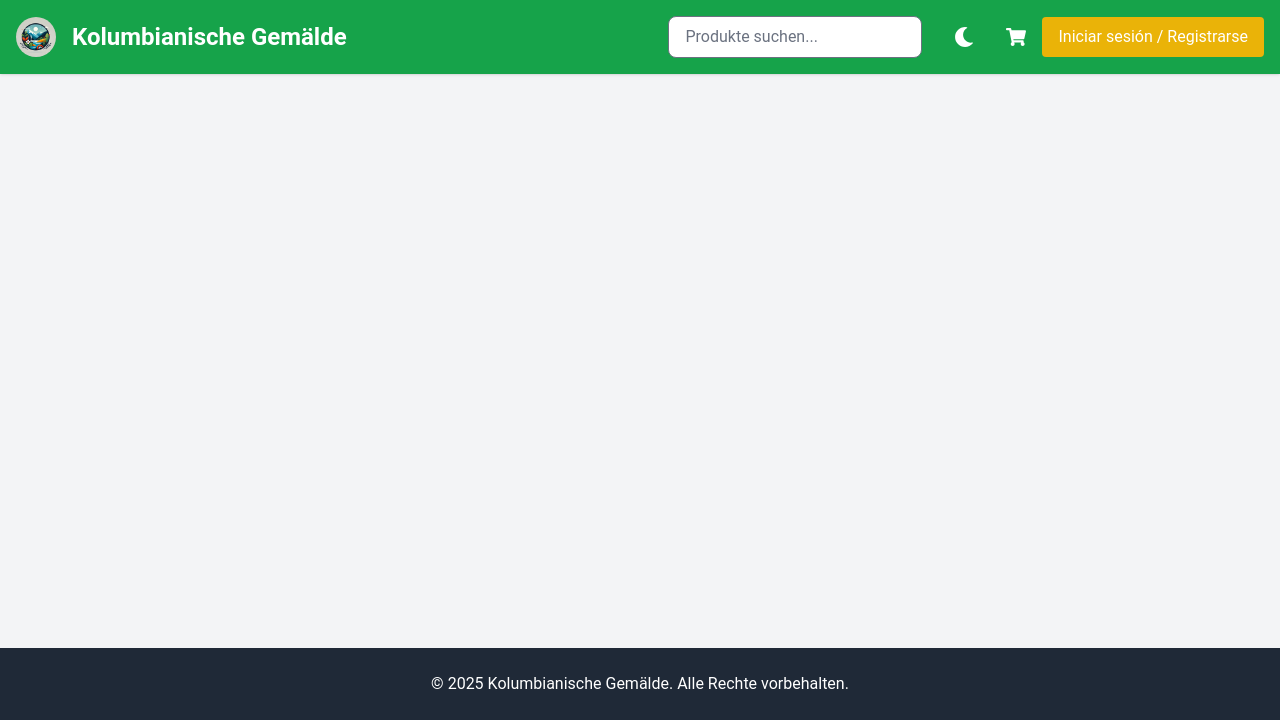
Repository: alixchaparrov/bilder-shop
Page: /
The author's editor kept a copy of each file at every save. The page is drawn from the files as they stood at one save, then again after the next save.
The browser window is 1280 px wide. The pictures show the whole page.
The page's requests for data from a server got no answer. The project was rebuilt for these pictures with package versions that can differ from the ones it lists, and the page was loaded fresh each time. The framework's server and built-in components were replaced by stand-ins that run in the browser. No one was signed in, and anything a server would have sent is missing. Also part of the build but not shown: next.config.ts, src/app/components/ProductCard.tsx, src/app/components/AuthModalContent.tsx.

Above is the page before, as saved 2025-01-04 13:22:34.

### src/app/layout.tsx
"use client";

import "./globals.css";
import { AuthProvider } from "../context/AuthContext";

export default function RootLayout({
  children,
}: {
  children: React.ReactNode;
}) {
  return (
    <html lang="de">
      <head>
        <title>Kolumbianische Gemälde</title>
        <meta
          name="description"
          content="Galerie von kolumbianischen Landschaftsgemälden. Entdecken Sie die Schönheit Kolumbiens durch unsere einzigartigen Kunstwerke."
        />
        <meta
          name="keywords"
          content="Kolumbianische Kunst, Landschaftsgemälde, Gemälde kaufen"
        />
        <link rel="icon" href="/favicon.ico" />
      </head>
      <body>
        <AuthProvider>
          {children}
        </AuthProvider>
      </body>
    </html>
  );
}

### src/app/page.tsx
"use client";

import { useState, useEffect } from "react";
import client from "@/lib/sanity";
import ProductCard from "@/app/components/ProductCard";
import Navbar from "@/app/components/Navbar"; // Si usas un Navbar unificado
import { useCartStore } from "@/store/cartStore";
import { FaMinus, FaPlus, FaTrash, FaShoppingCart, FaMoon, FaSun } from "react-icons/fa";

export default function Home() {
  const [searchQuery, setSearchQuery] = useState(""); // Estado para la búsqueda
  const [darkMode, setDarkMode] = useState(false); // Estado para modo oscuro
  const [products, setProducts] = useState([]); // Estado para los productos
  const { cart, addToCart, removeFromCart, clearCart, removeOneFromCart } = useCartStore();
  const [showCart, setShowCart] = useState(false); // Estado para mostrar el carrito
  const [currentPage, setCurrentPage] = useState(1); // Estado para la paginación
  const itemsPerPage = 6; // Número de productos por página

  // Fetch de productos al montar el componente
  useEffect(() => {
    const fetchProducts = async () => {
      try {
        const fetchedProducts = await client.fetch(`*[_type == "product"]`);
        setProducts(fetchedProducts);
      } catch (err) {
        console.error("Error al cargar productos:", err);
      }
    };

    fetchProducts(); // Llama a la función fetchProducts
  }, []); // Array vacío para que solo se ejecute al montar el componente

  return (
    <div
      className={`min-h-screen flex flex-col ${
        darkMode ? "bg-gray-900 text-white" : "bg-gray-100 text-black"
      }`}
    >
      {/* Navbar */}
      <Navbar
        searchQuery={searchQuery}
        setSearchQuery={setSearchQuery}
        toggleDarkMode={() => setDarkMode(!darkMode)}
        darkMode={darkMode}
      />

      {/* Contenido principal */}
      <main className="flex-grow pt-24 p-4 sm:p-8 max-w-7xl mx-auto">
        <h2 className="text-2xl sm:text-3xl lg:text-4xl font-semibold text-center mb-6">
          Unsere Gemälde
        </h2>
        <div className="grid grid-cols-1 sm:grid-cols-2 lg:grid-cols-3 gap-6">
          {products.map((product) => (
            <ProductCard key={product._id} product={product} />
          ))}
        </div>
      </main>

      {/* Footer */}
      <footer className="bg-gray-800 text-white p-6 text-center">
        <p>© {new Date().getFullYear()} Kolumbianische Gemälde. Alle Rechte vorbehalten.</p>
      </footer>
    </div>
  );
}

### src/app/globals.css
@tailwind base;
@tailwind components;
@tailwind utilities;

/* Color Variables */
:root {
  --background: #f5f5f5;
  --foreground: #333333;
  --primary: #00704A;
  --secondary: #FFB400;
  --accent: #D62828;
}

.dark {
  --background: #121212;
  --foreground: #e0e0e0;
  --primary: #34D399;
  --secondary: #FACC15;
  --accent: #EF4444;
}

/* General Styles */
body {
  background-color: var(--background);
  color: var(--foreground);
  font-family: 'Roboto', sans-serif;
}

/* Navbar */
.navbar {
  @apply fixed top-0 left-0 right-0 z-50 flex justify-between items-center p-4;
  background-color: var(--primary);
  color: white;
}

.navbar input {
  @apply px-4 py-2 rounded-md border;
  border-color: var(--secondary);
  color: var(--foreground);
}

/* Cards */
.card {
  @apply bg-white dark:bg-gray-800 text-black dark:text-white shadow-lg rounded-lg p-6 transition-all;
}

.card:hover {
  @apply transform scale-105 shadow-xl;
}

.card-title {
  @apply text-xl font-bold;
}

.card-description {
  @apply text-sm text-gray-600 dark:text-gray-400;
}

.card-price {
  @apply text-lg font-bold text-primary;
}

/* Buttons */
.btn-primary {
  @apply bg-primary text-white px-4 py-2 rounded-md shadow;
  transition: background-color 0.3s;
}

.btn-primary:hover {
  @apply bg-green-700;
}

.btn-secondary {
  @apply bg-secondary text-black px-4 py-2 rounded-md shadow;
}

.btn-secondary:hover {
  @apply bg-yellow-600;
}

.btn-gray {
  @apply bg-gray-300 text-black px-4 py-2 rounded-md;
}

.btn-gray:disabled {
  @apply bg-gray-200 text-gray-400 cursor-not-allowed;
}

/* Cart Button */
.cart-button {
  @apply relative;
}

.cart-counter {
  @apply absolute -top-2 -right-2 bg-red-500 text-white text-xs font-bold rounded-full w-5 h-5 flex items-center justify-center;
}

/* Modal */
.modal-content {
  @apply bg-white dark:bg-gray-900 p-6 rounded-lg shadow-lg;
}

/* Footer */
footer {
  @apply bg-gray-800 text-white text-center py-4;
}

/* Utilities */
.line-clamp-3 {
  display: -webkit-box;
  -webkit-line-clamp: 3;
  -webkit-box-orient: vertical;
  overflow: hidden;
}

### src/context/AuthContext.tsx
import { createContext, useContext, useState, useEffect } from "react";
import client from "@/lib/sanity";
import bcrypt from "bcryptjs";

interface User {
  email: string;
  role: string;
}

interface AuthContextType {
  user: User | null;
  login: (email: string, password: string) => Promise<void>;
  register: (email: string, password: string) => Promise<void>;
  logout: () => void;
}

const AuthContext = createContext<AuthContextType | null>(null);

export const AuthProvider = ({ children }) => {
  const [user, setUser] = useState(null);

  const login = async (email: string, password: string) => {
    const query = `*[_type == "user" && email == $email][0]`;
    const result = await client.fetch(query, { email });

    if (!result || !(await bcrypt.compare(password, result.password))) {
      throw new Error("Password ist falsch");
    }

    setUser({ email: result.email, role: result.role });
  };

  const register = async (email: string, password: string) => {
    const hashedPassword = await bcrypt.hash(password, 10);
    await client.create({
      _type: "user",
      email,
      password: hashedPassword,
      role: "user",
    });
  };

  const logout = () => setUser(null);

  return (
    <AuthContext.Provider value={{ user, login, register, logout }}>
      {children}
    </AuthContext.Provider>
  );
};

export const useAuth = () => {
  const context = useContext(AuthContext);
  if (!context) {
    throw new Error("useAuth must be used within an AuthProvider");
  }
  return context;
};

### src/lib/sanity.ts
import { createClient } from "@sanity/client";
import imageUrlBuilder from "@sanity/image-url";

const client = createClient({
  projectId: "mo3mvugi", // Reemplaza con tu Project ID
  dataset: "production",
  apiVersion: "2023-01-01",
  useCdn: true,
});


// Initialize URL builder
const builder = imageUrlBuilder(client);

// Helper function to build image URLs
export const urlFor = (source: any) => builder.image(source);

export default client;

### src/store/cartStore.ts
import { create } from "zustand";

interface CartItem {
  _id: string;
  name: string;
  price: number;
  quantity: number;
}

interface CartState {
  cart: CartItem[];
  addToCart: (product: CartItem) => void;
  removeFromCart: (productId: string) => void;
  updateQuantity: (productId: string, quantity: number) => void;
  clearCart: () => void;
  getTotalItems: () => number;
  getTotalPrice: () => number;
}

export const useCartStore = create<CartState>((set, get) => ({
  cart: [],

  addToCart: (product) => {
    set((state) => {
      const existingItem = state.cart.find((item) => item._id === product._id);
      if (existingItem) {
        return {
          cart: state.cart.map((item) =>
            item._id === product._id
              ? { ...item, quantity: item.quantity + 1 }
              : item
          ),
        };
      }
      return { cart: [...state.cart, { ...product, quantity: 1 }] };
    });
  },

  removeFromCart: (productId) => {
    set((state) => ({
      cart: state.cart.filter((item) => item._id !== productId),
    }));
  },

  updateQuantity: (productId, quantity) => {
    set((state) => ({
      cart: state.cart.map((item) =>
        item._id === productId ? { ...item, quantity } : item
      ),
    }));
  },

  clearCart: () => {
    set({ cart: [] });
  },

  getTotalItems: () => {
    return get().cart.reduce((total, item) => total + item.quantity, 0);
  },

  getTotalPrice: () => {
    return get().cart.reduce((total, item) => total + item.price * item.quantity, 0);
  },
}));

### tailwind.config.ts
import type { Config } from "tailwindcss";

const config: Config = {
  content: [
    "./src/**/*.{js,ts,jsx,tsx}",
    "./src/pages/**/*.{js,ts,jsx,tsx}",
    "./src/components/**/*.{js,ts,jsx,tsx}",
    "./src/app/**/*.{js,ts,jsx,tsx}",
  ],
  theme: {
    extend: {
      colors: {
        primary: "#00704A",
        secondary: "#FFB400",
        accent: "#D62828",
        background: "#F3F4F6",
        card: "#FFFFFF",
        textDark: "#1B1B1B",
        textLight: "#FAFAFA",
      },
      fontFamily: {
        sans: ["Poppins", "sans-serif"],
        serif: ["Merriweather", "serif"],
      },
      boxShadow: {
        card: "0 4px 6px rgba(0, 0, 0, 0.1)",
      },
    },
  },
  darkMode: "class",
  plugins: [require("@tailwindcss/forms")],
};

export default config;

Loaded but not shown: src/app/components/Navbar.tsx (143 lines, source omitted)

After the next save:
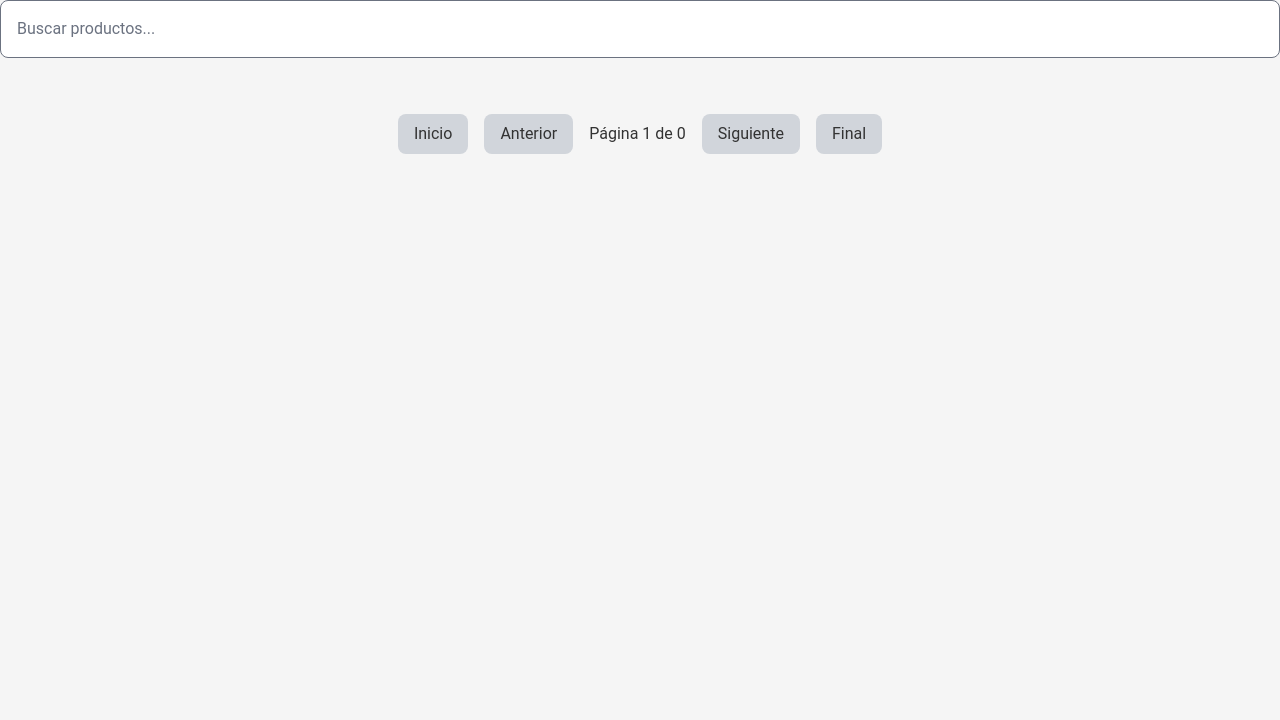
Saved 5 min 37 s later.
--- a/src/app/page.tsx
+++ b/src/app/page.tsx
@@ -3,20 +3,14 @@
 import { useState, useEffect } from "react";
 import client from "@/lib/sanity";
 import ProductCard from "@/app/components/ProductCard";
-import Navbar from "@/app/components/Navbar"; // Si usas un Navbar unificado
-import { useCartStore } from "@/store/cartStore";
-import { FaMinus, FaPlus, FaTrash, FaShoppingCart, FaMoon, FaSun } from "react-icons/fa";
 
 export default function Home() {
+  const [products, setProducts] = useState([]); // Estado para los productos
   const [searchQuery, setSearchQuery] = useState(""); // Estado para la búsqueda
-  const [darkMode, setDarkMode] = useState(false); // Estado para modo oscuro
-  const [products, setProducts] = useState([]); // Estado para los productos
-  const { cart, addToCart, removeFromCart, clearCart, removeOneFromCart } = useCartStore();
-  const [showCart, setShowCart] = useState(false); // Estado para mostrar el carrito
-  const [currentPage, setCurrentPage] = useState(1); // Estado para la paginación
-  const itemsPerPage = 6; // Número de productos por página
+  const [currentPage, setCurrentPage] = useState(1); // Página actual
+  const itemsPerPage = 6; // Productos por página
 
-  // Fetch de productos al montar el componente
+  // Fetch de productos desde Sanity
   useEffect(() => {
     const fetchProducts = async () => {
       try {
@@ -27,39 +21,79 @@
       }
     };
 
-    fetchProducts(); // Llama a la función fetchProducts
-  }, []); // Array vacío para que solo se ejecute al montar el componente
+    fetchProducts();
+  }, []);
+
+  // Lógica para filtrar los productos según la búsqueda
+  const filteredProducts = products.filter((product) =>
+    product.name.toLowerCase().includes(searchQuery.toLowerCase())
+  );
+
+  // Total de páginas
+  const totalPages = Math.ceil(filteredProducts.length / itemsPerPage);
+
+  // Productos mostrados en la página actual
+  const displayedProducts = filteredProducts.slice(
+    (currentPage - 1) * itemsPerPage,
+    currentPage * itemsPerPage
+  );
 
   return (
-    <div
-      className={`min-h-screen flex flex-col ${
-        darkMode ? "bg-gray-900 text-white" : "bg-gray-100 text-black"
-      }`}
-    >
-      {/* Navbar */}
-      <Navbar
-        searchQuery={searchQuery}
-        setSearchQuery={setSearchQuery}
-        toggleDarkMode={() => setDarkMode(!darkMode)}
-        darkMode={darkMode}
-      />
+    <div>
+      {/* Barra de búsqueda */}
+      <div className="mb-6">
+        <input
+          type="text"
+          placeholder="Buscar productos..."
+          className="w-full p-4 rounded-lg border"
+          value={searchQuery}
+          onChange={(e) => setSearchQuery(e.target.value)}
+        />
+      </div>
 
-      {/* Contenido principal */}
-      <main className="flex-grow pt-24 p-4 sm:p-8 max-w-7xl mx-auto">
-        <h2 className="text-2xl sm:text-3xl lg:text-4xl font-semibold text-center mb-6">
-          Unsere Gemälde
-        </h2>
-        <div className="grid grid-cols-1 sm:grid-cols-2 lg:grid-cols-3 gap-6">
-          {products.map((product) => (
-            <ProductCard key={product._id} product={product} />
-          ))}
-        </div>
-      </main>
+      {/* Lista de productos */}
+      <div className="grid grid-cols-1 sm:grid-cols-2 lg:grid-cols-3 gap-6">
+        {displayedProducts.map((product) => (
+          <ProductCard key={product._id} product={product} />
+        ))}
+      </div>
 
-      {/* Footer */}
-      <footer className="bg-gray-800 text-white p-6 text-center">
-        <p>© {new Date().getFullYear()} Kolumbianische Gemälde. Alle Rechte vorbehalten.</p>
-      </footer>
+      {/* Paginación */}
+      <div className="flex justify-center items-center mt-8 space-x-4">
+        <button
+          className="bg-gray-300 px-4 py-2 rounded-lg"
+          disabled={currentPage === 1}
+          onClick={() => setCurrentPage(1)}
+        >
+          Inicio
+        </button>
+        <button
+          className="bg-gray-300 px-4 py-2 rounded-lg"
+          disabled={currentPage === 1}
+          onClick={() => setCurrentPage((prev) => Math.max(prev - 1, 1))}
+        >
+          Anterior
+        </button>
+        <span>
+          Página {currentPage} de {totalPages}
+        </span>
+        <button
+          className="bg-gray-300 px-4 py-2 rounded-lg"
+          disabled={currentPage === totalPages}
+          onClick={() =>
+            setCurrentPage((prev) => Math.min(prev + 1, totalPages))
+          }
+        >
+          Siguiente
+        </button>
+        <button
+          className="bg-gray-300 px-4 py-2 rounded-lg"
+          disabled={currentPage === totalPages}
+          onClick={() => setCurrentPage(totalPages)}
+        >
+          Final
+        </button>
+      </div>
     </div>
   );
 }

After the save that followed:
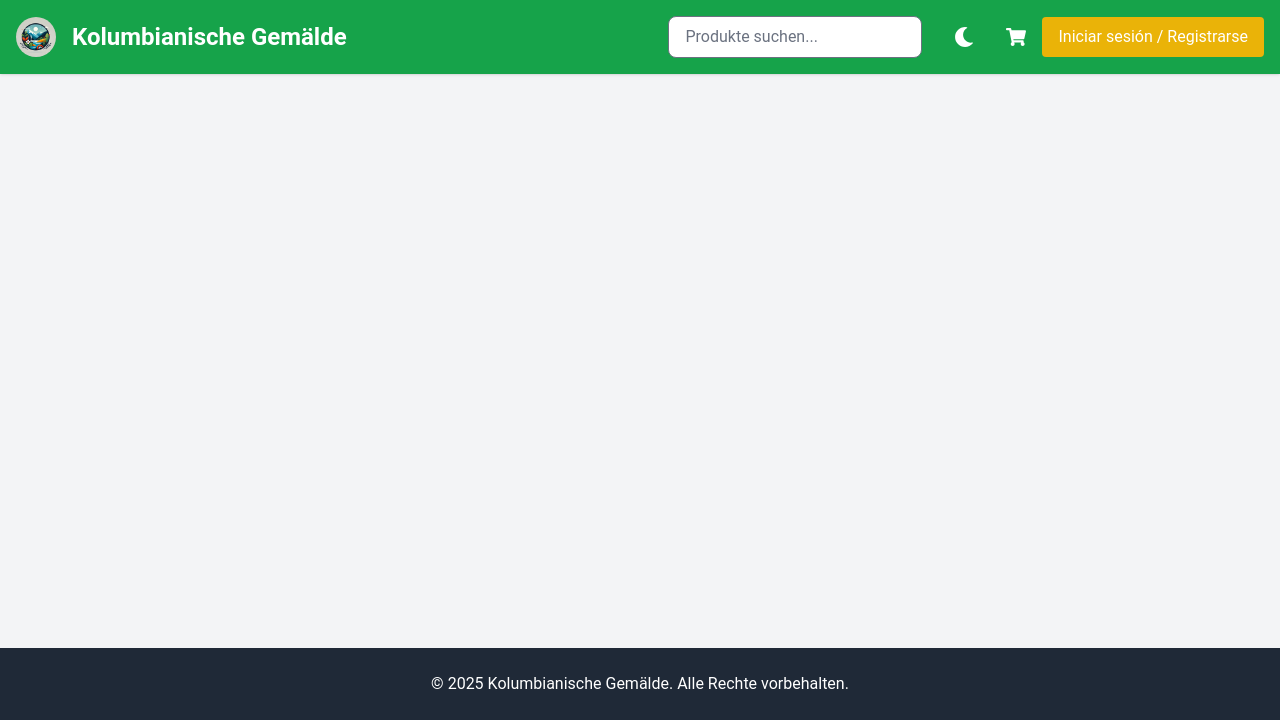
Saved 14 s later.
--- a/src/app/page.tsx
+++ b/src/app/page.tsx
@@ -3,14 +3,20 @@
 import { useState, useEffect } from "react";
 import client from "@/lib/sanity";
 import ProductCard from "@/app/components/ProductCard";
+import Navbar from "@/app/components/Navbar"; // Si usas un Navbar unificado
+import { useCartStore } from "@/store/cartStore";
+import { FaMinus, FaPlus, FaTrash, FaShoppingCart, FaMoon, FaSun } from "react-icons/fa";
 
 export default function Home() {
+  const [searchQuery, setSearchQuery] = useState(""); // Estado para la búsqueda
+  const [darkMode, setDarkMode] = useState(false); // Estado para modo oscuro
   const [products, setProducts] = useState([]); // Estado para los productos
-  const [searchQuery, setSearchQuery] = useState(""); // Estado para la búsqueda
-  const [currentPage, setCurrentPage] = useState(1); // Página actual
-  const itemsPerPage = 6; // Productos por página
+  const { cart, addToCart, removeFromCart, clearCart, removeOneFromCart } = useCartStore();
+  const [showCart, setShowCart] = useState(false); // Estado para mostrar el carrito
+  const [currentPage, setCurrentPage] = useState(1); // Estado para la paginación
+  const itemsPerPage = 6; // Número de productos por página
 
-  // Fetch de productos desde Sanity
+  // Fetch de productos al montar el componente
   useEffect(() => {
     const fetchProducts = async () => {
       try {
@@ -21,79 +27,39 @@
       }
     };
 
-    fetchProducts();
-  }, []);
-
-  // Lógica para filtrar los productos según la búsqueda
-  const filteredProducts = products.filter((product) =>
-    product.name.toLowerCase().includes(searchQuery.toLowerCase())
-  );
-
-  // Total de páginas
-  const totalPages = Math.ceil(filteredProducts.length / itemsPerPage);
-
-  // Productos mostrados en la página actual
-  const displayedProducts = filteredProducts.slice(
-    (currentPage - 1) * itemsPerPage,
-    currentPage * itemsPerPage
-  );
+    fetchProducts(); // Llama a la función fetchProducts
+  }, []); // Array vacío para que solo se ejecute al montar el componente
 
   return (
-    <div>
-      {/* Barra de búsqueda */}
-      <div className="mb-6">
-        <input
-          type="text"
-          placeholder="Buscar productos..."
-          className="w-full p-4 rounded-lg border"
-          value={searchQuery}
-          onChange={(e) => setSearchQuery(e.target.value)}
-        />
-      </div>
+    <div
+      className={`min-h-screen flex flex-col ${
+        darkMode ? "bg-gray-900 text-white" : "bg-gray-100 text-black"
+      }`}
+    >
+      {/* Navbar */}
+      <Navbar
+        searchQuery={searchQuery}
+        setSearchQuery={setSearchQuery}
+        toggleDarkMode={() => setDarkMode(!darkMode)}
+        darkMode={darkMode}
+      />
 
-      {/* Lista de productos */}
-      <div className="grid grid-cols-1 sm:grid-cols-2 lg:grid-cols-3 gap-6">
-        {displayedProducts.map((product) => (
-          <ProductCard key={product._id} product={product} />
-        ))}
-      </div>
+      {/* Contenido principal */}
+      <main className="flex-grow pt-24 p-4 sm:p-8 max-w-7xl mx-auto">
+        <h2 className="text-2xl sm:text-3xl lg:text-4xl font-semibold text-center mb-6">
+          Unsere Gemälde
+        </h2>
+        <div className="grid grid-cols-1 sm:grid-cols-2 lg:grid-cols-3 gap-6">
+          {products.map((product) => (
+            <ProductCard key={product._id} product={product} />
+          ))}
+        </div>
+      </main>
 
-      {/* Paginación */}
-      <div className="flex justify-center items-center mt-8 space-x-4">
-        <button
-          className="bg-gray-300 px-4 py-2 rounded-lg"
-          disabled={currentPage === 1}
-          onClick={() => setCurrentPage(1)}
-        >
-          Inicio
-        </button>
-        <button
-          className="bg-gray-300 px-4 py-2 rounded-lg"
-          disabled={currentPage === 1}
-          onClick={() => setCurrentPage((prev) => Math.max(prev - 1, 1))}
-        >
-          Anterior
-        </button>
-        <span>
-          Página {currentPage} de {totalPages}
-        </span>
-        <button
-          className="bg-gray-300 px-4 py-2 rounded-lg"
-          disabled={currentPage === totalPages}
-          onClick={() =>
-            setCurrentPage((prev) => Math.min(prev + 1, totalPages))
-          }
-        >
-          Siguiente
-        </button>
-        <button
-          className="bg-gray-300 px-4 py-2 rounded-lg"
-          disabled={currentPage === totalPages}
-          onClick={() => setCurrentPage(totalPages)}
-        >
-          Final
-        </button>
-      </div>
+      {/* Footer */}
+      <footer className="bg-gray-800 text-white p-6 text-center">
+        <p>© {new Date().getFullYear()} Kolumbianische Gemälde. Alle Rechte vorbehalten.</p>
+      </footer>
     </div>
   );
 }
